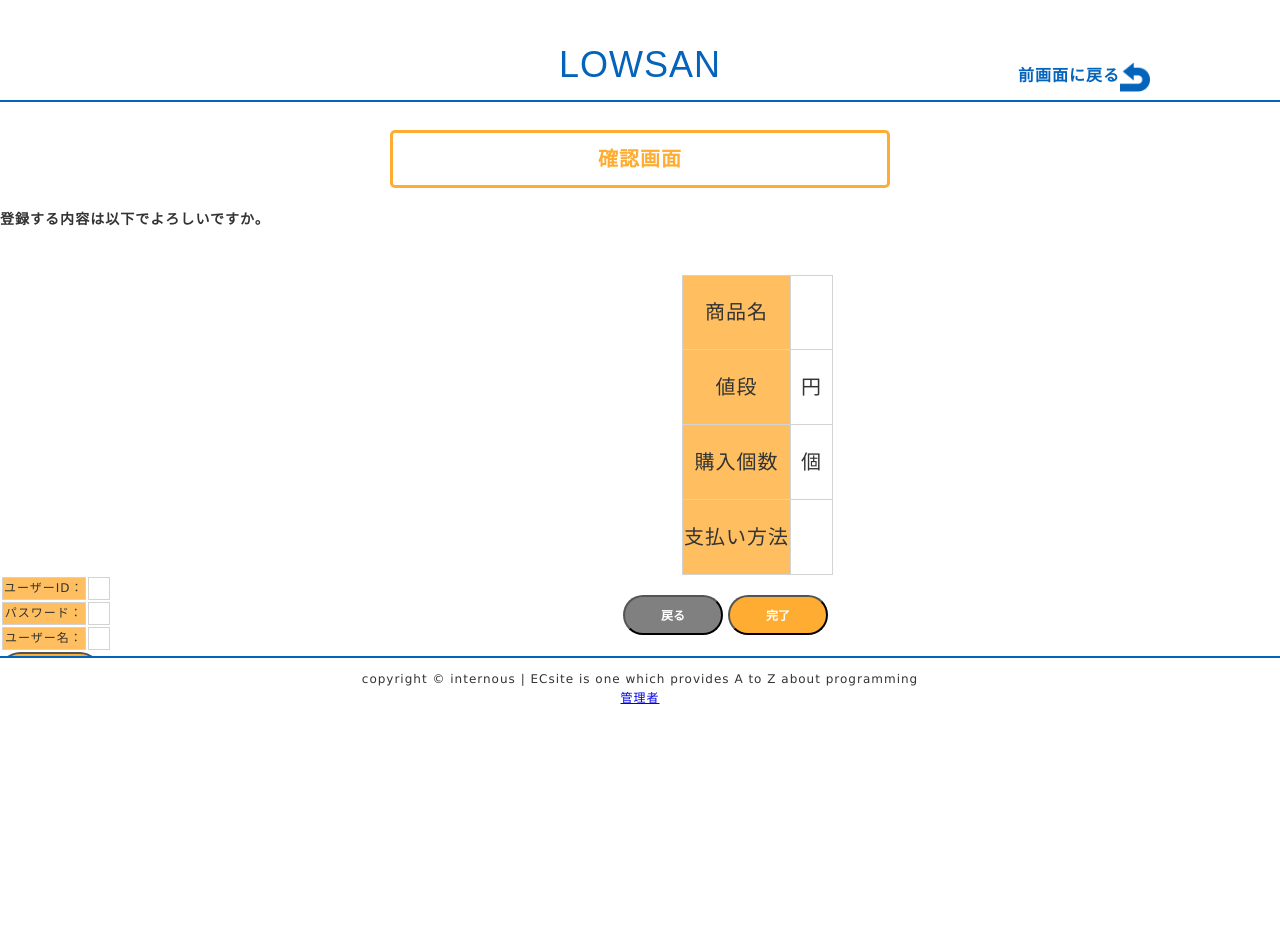
Repository: nishimura0212/myECsite
Page: http://localhost/ecsite/userCreateConfirm.jsp
An editor plug-in stored every save of this project. The page is shown before and after the next save, followed by the edit.
The browser window is 1280 px wide. The pictures show the whole page.
The page is served by Tomcat 9.

Above is the page before, as saved 2019-01-19 09:51:20.

After the next save:
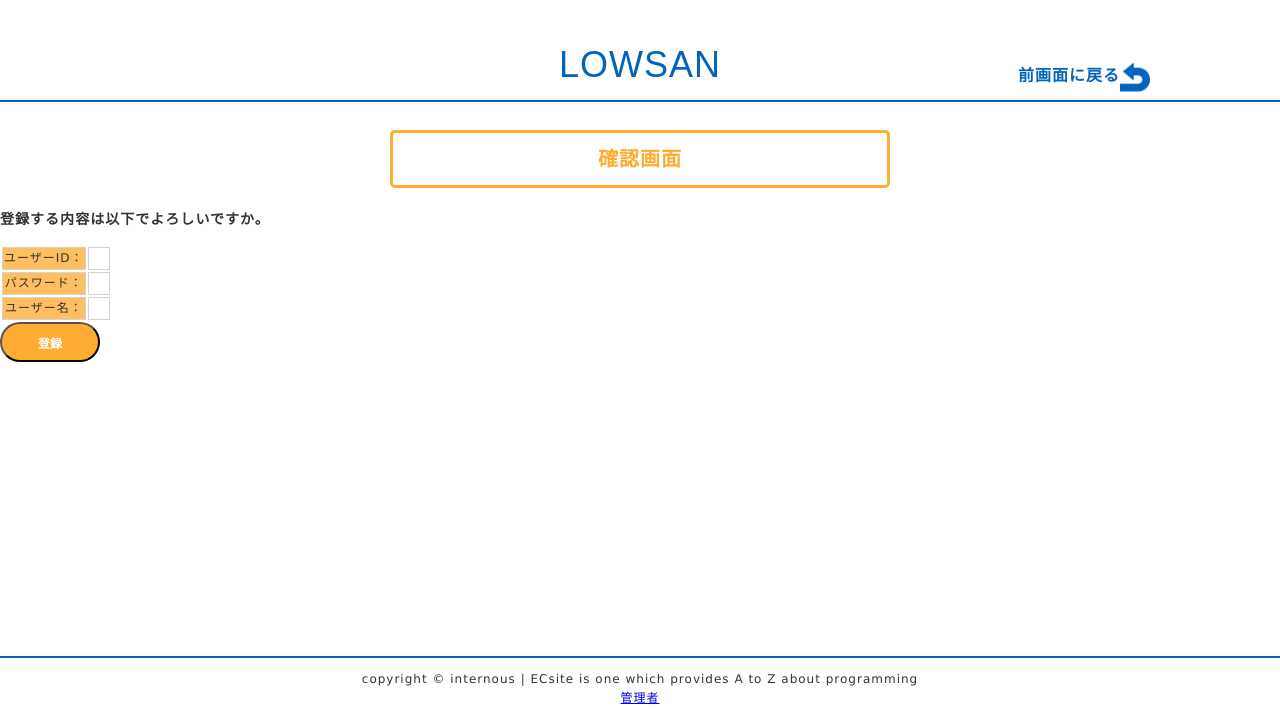
Saved 48 s later.
--- a/ecsite/WebContent/userCreateConfirm.jsp
+++ b/ecsite/WebContent/userCreateConfirm.jsp
@@ -31,68 +31,27 @@
 		</div>
 		<div>
 			<h3>登録する内容は以下でよろしいですか。</h3>
-			<div class="containerB">
-			<s:form cssClass="flex-container">
-			<p class="left">
-				<img src='<s:property value="itemImage"/>'>
-			</p>
-				<table class="right">
-				<tr>
-					<td class="td-left">商品名</td>
-					<td class="td-right"><s:property value="#session.buyItem_name"/></td>
-				</tr>
-				<tr>
-					<td class="td-left">値段</td>
-					<td class="td-right"><s:property value="#session.total_price"/><span>円</span></td>
-				</tr>
-				<tr>
-					<td class="td-left">購入個数</td>
-					<td class="td-right"><s:property value="#session.count"/><span>個</span></td>
-				</tr>
-				<tr>
-					<td class="td-left">支払い方法</td>
-					<td class="td-right"><s:property value="#session.pay"/></td>
-				</tr>
+
+
+			<s:form action="UserCreateCompleteAction">
+				<table>
+					<tr>
+						<td class="td-left"><label>ユーザーID：</label></td>
+						<td class="td-right"><s:property value="loginUserId" escape="false" /></td>
+					</tr>
+					<tr>
+						<td class="td-left"><label>パスワード：</label></td>
+						<td class="td-right"><s:property value="loginPassword" escape="false" /></td>
+					</tr>
+					<tr>
+						<td class="td-left"><label>ユーザー名：</label></td>
+						<td class="td-right"><s:property value="userName" escape="false" /></td>
+					</tr>
 				</table>
-				<div class="button">
-					<input type="hidden" name="back" value="1"/>
-					<input type="button" value="戻る" onclick="submitAction('SelectItemAction')" class="gray_btn"/>
-					<input type="button" value="完了" onclick="submitAction('BuyItemConfirmAction')" class="single_btn"/>
+				<div>
+					<input type="button" value="登録" class="single_btn" />
 				</div>
 			</s:form>
-		</div>
-
-				<s:form action="UserCreateCompleteAction">
-				<table>
-					<tr>
-						<td class="td-left">
-						<label>ユーザーID：</label>
-						</td>
-						<td class="td-right">
-						<s:property value="loginUserId" escape="false"/>
-						</td>
-					</tr>
-					<tr>
-						<td class="td-left">
-						<label>パスワード：</label>
-						</td>
-						<td class="td-right">
-						<s:property value="loginPassword" escape="false"/>
-						</td>
-					</tr>
-					<tr>
-						<td class="td-left">
-						<label>ユーザー名：</label>
-						</td>
-						<td class="td-right">
-						<s:property value="userName" escape="false"/>
-						</td>
-					</tr>
-					</table>
-					<div>
-					<input type="button" value="登録" class="single_btn"/>
-				</div>
-				</s:form>
 		</div>
 	</div>
 	<div id="footer">
